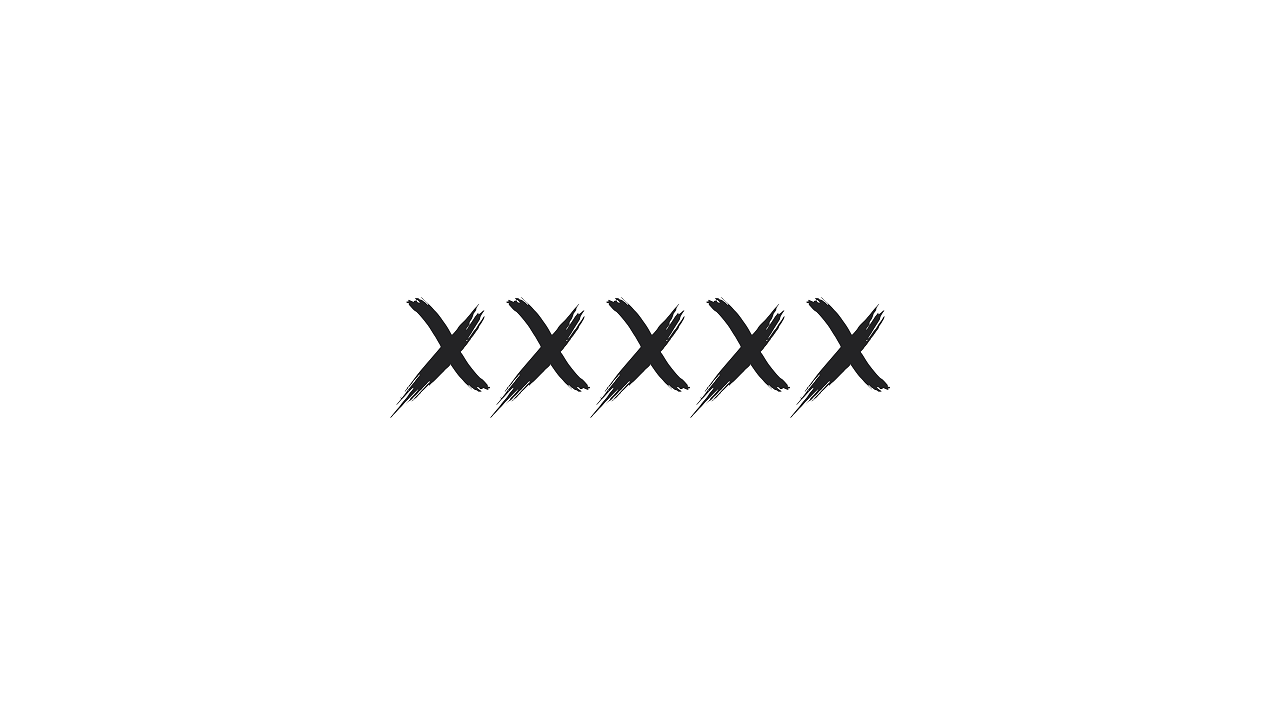
Repository: abelcabezaroman/react-treasure-game
Page: /
The author's editor kept a copy of each file at every save. The page is drawn from the files as they stood at one save, then again after the next save.
The browser window is 1280 px wide. The pictures show the whole page.
The project was rebuilt for these pictures with package versions that can differ from the ones it lists, and the page was loaded fresh each time.

Above is the page before, as saved 2024-04-01 10:39:31.

### src/App.js
import './App.css';
import Game from './components/Game';
import SimpleGame from './components/SimpleGame';

function App() {
  return (
    <div className="App">
      <div className="App-header">

      {/* <Game /> */}
      <SimpleGame />
      </div>
    </div>
  );
}

export default App;

### src/components/SimpleGame.jsx
import { useState } from "react";

// const defaultData = [
//   [
//     {
//       img: "x.png",
//     },
//     {
//       img: "x.png",
//     },
//     {
//       img: "x.png",
//     },
//     {
//       img: "x.png",
//     },
//     {
//       img: "x.png",
//     },
//   ],
//   [
//     {
//       img: "x.png",
//     },
//     {
//       img: "x.png",
//     },
//     {
//       img: "x.png",
//     },
//     {
//       img: "x.png",
//     },
//     {
//       img: "x.png",
//     },
//   ],
//   [
//     {
//       img: "x.png",
//     },
//     {
//       img: "x.png",
//     },
//     {
//       img: "x.png",
//     },
//     {
//       img: "x.png",
//     },
//     {
//       img: "x.png",
//     },
//   ],
//   [
//     {
//       img: "x.png",
//     },
//     {
//       img: "x.png",
//     },
//     {
//       img: "x.png",
//     },
//     {
//       img: "x.png",
//     },
//     {
//       img: "x.png",
//     },
//   ],
//   [
//     {
//       img: "x.png",
//     },
//     {
//       img: "x.png",
//     },
//     {
//       img: "x.png",
//     },
//     {
//       img: "x.png",
//     },
//     {
//       img: "x.png",
//     },
//   ],
// ];

const generateInitialArray = (num) => {
    const newBiXArray = [];
    for (let index = 0; index < num; index++) {
        newBiXArray.push({
            img: "x.png",
        });
    }

    return newBiXArray;
};


const numRow = 5;

const random = Math.floor(Math.random() * numRow);

export default function SimpleGame() {
    const [data, setData] = useState(generateInitialArray(numRow));

    console.log(data);

    const checkGame = (index) => {
        const copyData = [...data];

        if (random === index) {
            copyData[index].img = "chest.png";
        } else {
            copyData[index].img = "skull.png";
        }

        setData(copyData);
    };

    return (
        <div>
            {data.map((item, index) =>
                    <img
                        onClick={() => checkGame(index)}
                        key={index}
                        src={item.img}
                        alt="Imagen de juego"
                    />
            )}
        </div>
    );
}

### src/components/Game.jsx
import { useState } from "react";

// const defaultData = [
//   [
//     {
//       img: "x.png",
//     },
//     {
//       img: "x.png",
//     },
//     {
//       img: "x.png",
//     },
//     {
//       img: "x.png",
//     },
//     {
//       img: "x.png",
//     },
//   ],
//   [
//     {
//       img: "x.png",
//     },
//     {
//       img: "x.png",
//     },
//     {
//       img: "x.png",
//     },
//     {
//       img: "x.png",
//     },
//     {
//       img: "x.png",
//     },
//   ],
//   [
//     {
//       img: "x.png",
//     },
//     {
//       img: "x.png",
//     },
//     {
//       img: "x.png",
//     },
//     {
//       img: "x.png",
//     },
//     {
//       img: "x.png",
//     },
//   ],
//   [
//     {
//       img: "x.png",
//     },
//     {
//       img: "x.png",
//     },
//     {
//       img: "x.png",
//     },
//     {
//       img: "x.png",
//     },
//     {
//       img: "x.png",
//     },
//   ],
//   [
//     {
//       img: "x.png",
//     },
//     {
//       img: "x.png",
//     },
//     {
//       img: "x.png",
//     },
//     {
//       img: "x.png",
//     },
//     {
//       img: "x.png",
//     },
//   ],
// ];

const generateInitialArray = (num, num2) => {
  const newBiXArray = [];
  for (let index = 0; index < num; index++) {
    const newBiYArray = [];
    for (let index = 0; index < num2; index++) {
      newBiYArray.push({
        img: "x.png",
      });
    }
    newBiXArray.push(newBiYArray)
  }

  return newBiXArray;
};


const numRow = 5;
const numCols = 5;

const random = Math.floor(Math.random() * numRow);
const random2 = Math.floor(Math.random() * numCols);

export default function Game() {
  const [data, setData] = useState(generateInitialArray(numRow, numCols));

  console.log(data);

  const checkGame = (index, indexChild) => {
    const copyData = [...data];

    if (random === index && random2 === indexChild) {
      copyData[index][indexChild].img = "chest.png";
    } else {
      copyData[index][indexChild].img = "skull.png";
    }

    setData(copyData);
  };

  return (
    <div>
      {data.map((item, index) =>
        item.map((itemChild, indexChild) => (
          <img
            onClick={() => checkGame(index, indexChild)}
            key={index + "-" + indexChild}
            src={itemChild.img}
            alt="Imagen de juego"
          />
        ))
      )}
    </div>
  );
}

Loaded but not shown: public/index.html (common file); src/index.js (common file); src/index.css (common file); src/reportWebVitals.js (common file); src/App.css (common file)

After the next save:
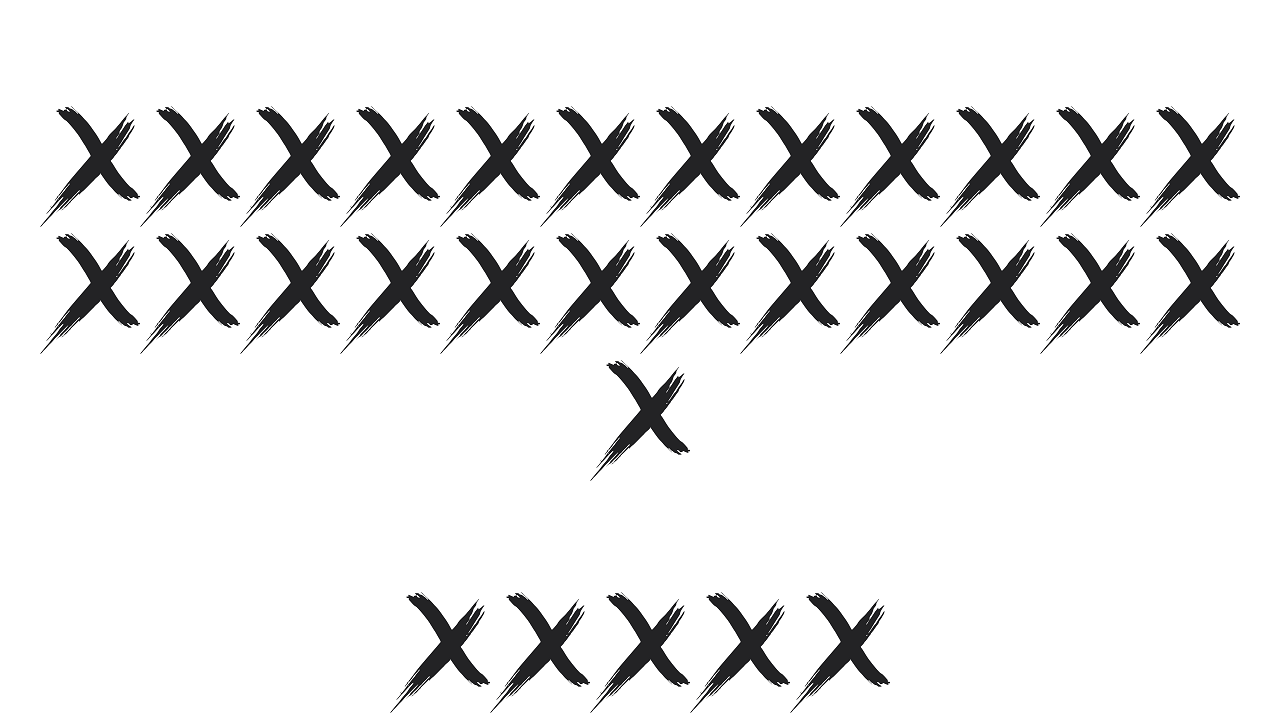
Saved 3 min 48 s later.
--- a/src/App.js
+++ b/src/App.js
@@ -7,8 +7,18 @@ function App() {
     <div className="App">
       <div className="App-header">
 
-      {/* <Game /> */}
-      <SimpleGame />
+
+        <section>
+          <h2>Matriz</h2>
+          <Game />
+
+        </section>
+
+        <section>
+          <h2>Simple</h2>
+
+          <SimpleGame />
+        </section>
       </div>
     </div>
   );
